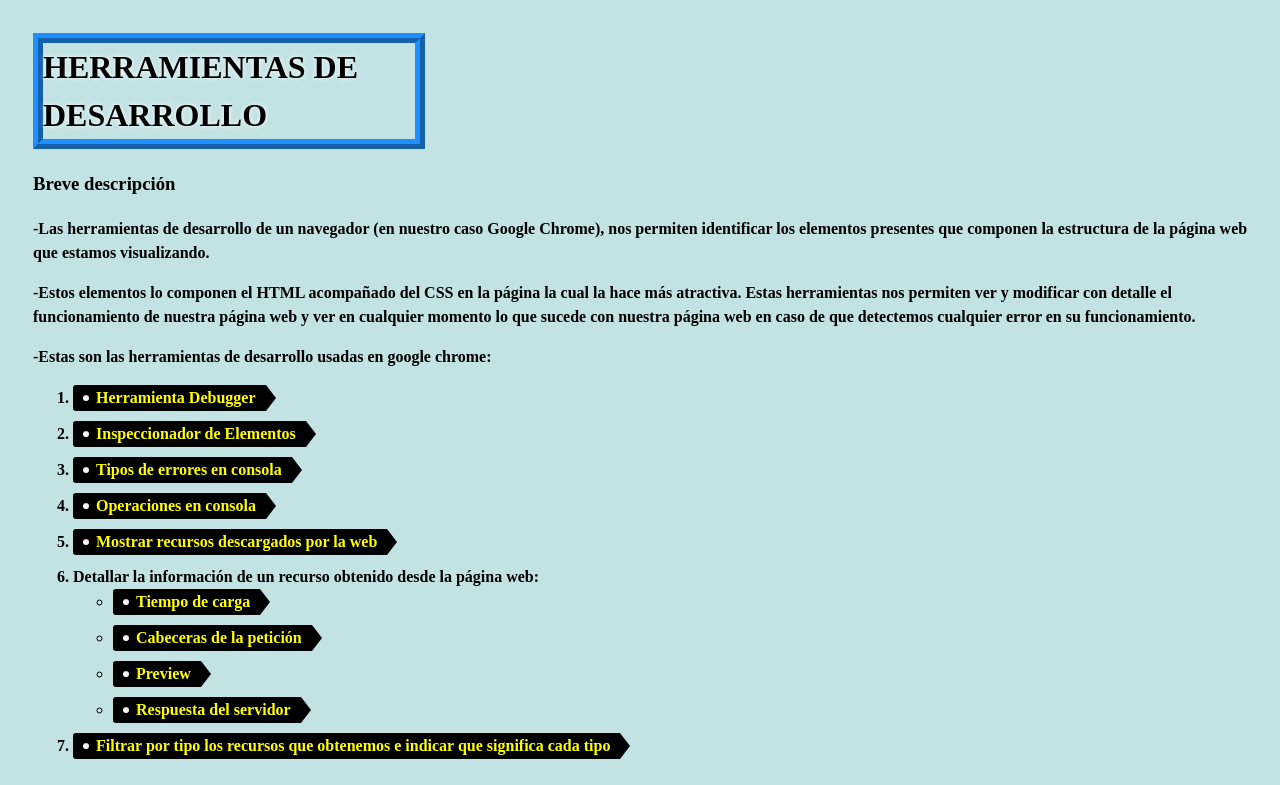
Repository: VictorinoBF97/HerramientasDesarollo
Page: indice.html
These files come from the project's save history. The page is drawn as it stood at one moment and after a run of saves; the edit follows.
The browser window is 1280 px wide. The pictures show the whole page.

Above is the page before, as saved 2018-11-26 09:17:52.
Console error: SyntaxError: Unexpected token '{'

### indice.html
<!DOCTYPE <!DOCTYPE html>
<html>
<head>
    <meta charset="utf-8" />
    <meta http-equiv="X-UA-Compatible" content="IE=edge">
    <title>FUNCIONALIDADES HERRAMIENTAS DE DESARROLLO PARA GOOGLE CHROME</title>
    <meta name="viewport" content="width=device-width, initial-scale=1">
    <link rel="stylesheet" type="text/css" media="screen" href="./css/styles.css" />
    <script src="./javascript/fondo.js"></script>
</head>
<body>
    <div>
    <h1 class="titulo">HERRAMIENTAS DE DESARROLLO</h1>
    </div>
    <h3>Breve descripción</h3>
    <div class="contenido">
        <p>-Las herramientas de desarrollo de un navegador (en nuestro caso Google Chrome),
        nos permiten identificar los elementos presentes que componen la estructura de la
        página web que estamos visualizando.</p>
        <p>-Estos elementos lo componen el HTML acompañado
        del CSS en la página la cual la hace más atractiva. Estas herramientas nos permiten
        ver y modificar con detalle el funcionamiento de nuestra página web y ver en cualquier
        momento lo que sucede con nuestra página web en caso de que detectemos cualquier error
        en su funcionamiento.</p>
    </div>
    <div>
        -Estas son las herramientas de desarrollo usadas en google chrome:
    </div>

    <ol class="indice">
        <li><a href="./debugger.html" target="_self">Herramienta Debugger</a></li>

        <li><a href="./inspeccionarElemento.html" target="_self">Inspeccionador de Elementos</a></li>

        <li><a href="./tiposErrores.html" target="_self">Tipos de errores en consola</a></li>

        <li><a href="./operaciones.html" target="_self">Operaciones en consola</a></li>

        <li><a href="./mostrarRecursos.html" target="_self">Mostrar recursos descargados por la web</a></li>

        <li>Detallar la información de un recurso obtenido desde la página web:</a>
            <ul>
                <li><a href="timing.html" target="_self">Tiempo de carga</a></li>
                <li><a href="headers.html" target="_self">Cabeceras de la petición</a></li>
                <li><a href="preview.html" target="_self">Preview</a></li>
                <li><a href="response.html" target="_self">Respuesta del servidor</a></li>
            </ul>
        </li>

        <li><a href="./informacionRecursos.html" target="_self">Filtrar por tipo los recursos que obtenemos e indicar que significa cada tipo</a></li>
    </ol>


</body>
</html>

### css/styles.css
html{
    background-color: rgb(194, 226, 228);
}

.titulo{
    text-shadow: 0px 0px 5px rgb(254, 255, 253);
    border: 10px ridge #1E90FF;
    width: 30%;

}
body{
    font: 16px/1.5 'PT Sans', serif;
    font-weight: bold;
    overflow: hidden;
    padding-left: 25px;
    padding-top: 25px;
}

.indice{

}
a{
    background: rgb(0, 0, 0);
  border-radius: 3px 0 0 3px;
  color: yellow;
  display: inline-block;
  height: 26px;
  line-height: 26px;
  padding: 0 20px 0 23px;
  position: relative;
  margin: 0 10px 10px 0;
  text-decoration: none;
  -webkit-transition: color 0.2s;
}
a::before {
    background: #fff;
    border-radius: 10px;
    box-shadow: inset 0 1px rgba(0, 0, 0, 0.25);
    content: '';
    height: 6px;
    left: 10px;
    position: absolute;
    width: 6px;
    top: 10px;
  }

  a::after {
    background: rgb(194, 226, 228);
    border-bottom: 13px solid transparent;
    border-left: 10px solid black;
    border-top: 13px solid transparent;
    content: '';
    position: absolute;
    right: 0;
    top: 0;
  }

  a:hover {
    background-color: crimson;
    color: white;
  }

  a:hover::after {
     border-left-color: crimson;
  }

  /* VOLVER AL ÍNDICE */
  .volver::after{
    background:rgb(194, 226, 228);
    border-bottom: 13px solid transparent;
    border-left: 10px solid black;
    border-top: 13px solid transparent;
    content: '';
    position: absolute;
    right: 0;
    top: 0;

  }

  .volver:hover {
    background-color: crimson;
    color: white;
  }

  .volver:hover::after {
     border-right-color: crimson;
  }

### javascript/fondo.js
body {
    background: radial-gradient(black 15%, transparent 16%) 0 0, radial-gradient(black 15%, transparent 16%) 8px 8px, radial-gradient(rgba(255,255,255,.1) 15%, transparent 20%) 0 1px, radial-gradient(rgba(255,255,255,.1) 15%, transparent 20%) 8px 9px;
    background-color:#282828;
    background-size:16px 16px;

    // Background not created by me
    // Resource: http://lea.verou.me/css3patterns/#carbon-fibre
  }

After the next 2 saves:
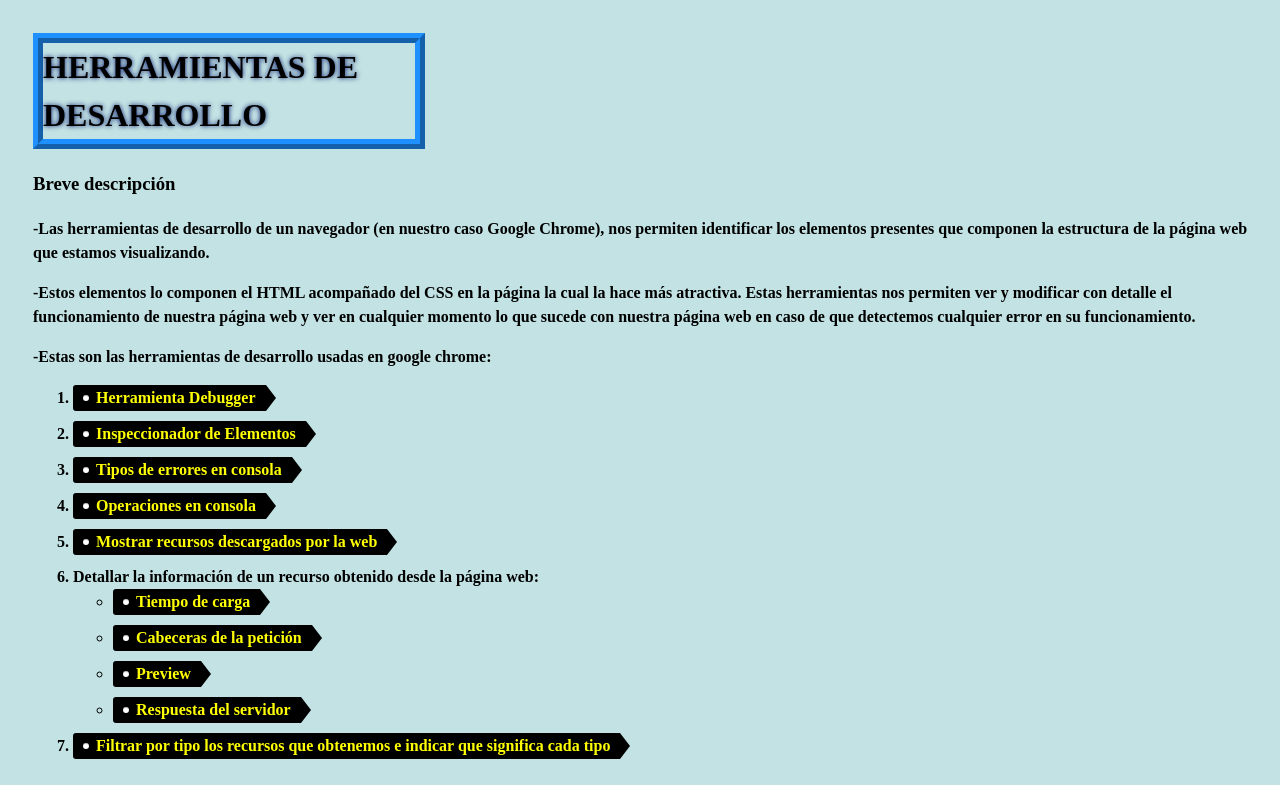
The 2 saves are shown as one change because they came seconds apart.
The last was saved 7 s later.
--- a/css/styles.css
+++ b/css/styles.css
@@ -3,7 +3,7 @@ html{
 }
 
 .titulo{
-    text-shadow: 0px 0px 5px rgb(254, 255, 253);
+    text-shadow: 0px 0px 5px rgb(1, 20, 104);
     border: 10px ridge #1E90FF;
     width: 30%;
 
